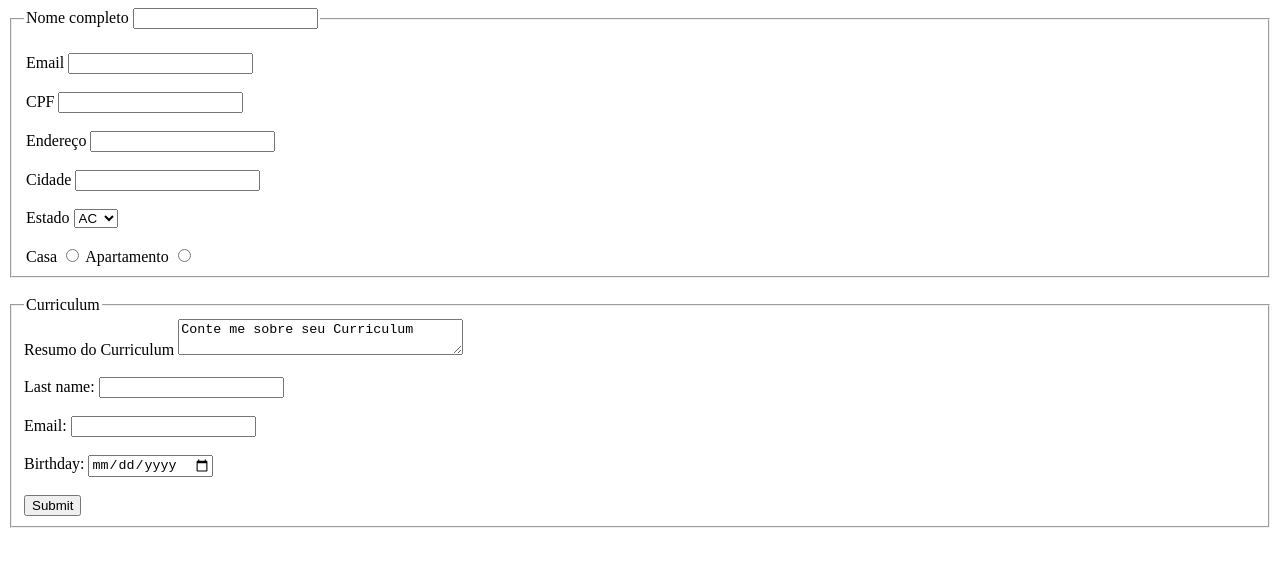
Repository: Parker9309/-trybe-exercises
Page: exercises/exercises-bloco6/html-e-css-forms-flexbox-e-responsivo_1/index.html
The author's editor kept a copy of each file at every save. The page is drawn from the files as they stood at one save, then again after the next save.
The browser window is 1280 px wide. The pictures show the whole page.

Above is the page before, as saved 2021-03-16 20:21:34.

### exercises/exercises-bloco6/html-e-css-forms-flexbox-e-responsivo_1/index.html
<!DOCTYPE html>
<html lang="pt-br">
<head>
  <meta charset="UTF-8">
  <meta http-equiv="X-UA-Compatible" content="IE=edge">
  <meta name="viewport" content="width=device-width, initial-scale=1.0">
  <title>Document</title>
</head>
<body>
  <form>
    <div id="forms">
    <fieldset>
      <legend>
        <label form="nome"> Nome completo
          <input type = "text" name="nome" id="nome" maxlength="40" required>
        </label>
      </legend>

  <br>

    <legend>
      <label form="mail"> Email
        <input type = "text" name="nome" id="mail" maxlength="50" required>
      </label>
    </legend>

  <br>

    <legend>
      <label form="cpf"> CPF
        <input type = "text" name="nome" id="cpf" maxlength="11" required>
      </label>
    </legend>

<br>

  <legend>
    <label form="nome"> Endereço
      <input type = "text" name="nome" id="endereço" maxlength="200" required>
    </label>
  </legend>

<br>

  <legend>
    <label form="nome"> Cidade
      <input type = "text" name="nome" id="city" maxlength="28" required>
    </label>
  </legend>

<br>

  <legend>
    <label form="nome"> Estado
      <select name="nome" id="estados" required>
    </label>
  </legend>

<br>

  <legend>
    <label form="nome"> Estado
      <select name="nome" id="estados" required>
    </label>
  </legend>

<br>

  <legend>
      <label form="nome">Casa</label>
      <input type="radio" name="nome" id="Moradia" required>
      <label form="nome">Apartamento</label>
      <input type="radio" name="nome" id="Moradia" required>
  </legend>
</fieldset>
<br>
<fieldset>
  <legend>Curriculum</legend>
  <label for="fname">Resumo do Curriculum</label>
  <textarea type="text" id="fname" name="fname" ows="5" cols="33">Conte me sobre seu Curriculum
   </textarea><br><br>
  <label for="lname">Last name:</label>
  <input type="text" id="lname" name="lname"><br><br>
  <label for="email">Email:</label>
  <input type="email" id="email" name="email"><br><br>
  <label for="birthday">Birthday:</label>
  <input type="date" id="birthday" name="birthday"><br><br>
  <input type="submit" value="Submit">
</fieldset>
</div>
</form>
<script src = "script.js"></script>
</body>
</html>

### exercises/exercises-bloco6/html-e-css-forms-flexbox-e-responsivo_1/script.js
let opcoes = document.getElementById('estados');
function criarOpcoes() {
  let estadosBr = ['AC', 'AL', 'AP','AM', 'BA','CE', 'DF',
  'ES', 'GO', 'MA', 'MT', 'MS', 'MG', 'PA', 'PB', 'PR','PE', 'PI', 'RJ', 'RN', 'RS', 'RO', 'RR', 'SC', 'SP', 'SE', 'TO'];
  for (let stateIndex = 0; stateIndex < estadosBr.length; stateIndex += 1) {
    let opcao = document.createElement('option');
    opcao.value = estadosBr[stateIndex].toLowerCase();
    opcao.id = 'estados';
    opcao.innerHTML = estadosBr[stateIndex];
    opcoes.appendChild(opcao);
  }
}
criarOpcoes()

After the next save:
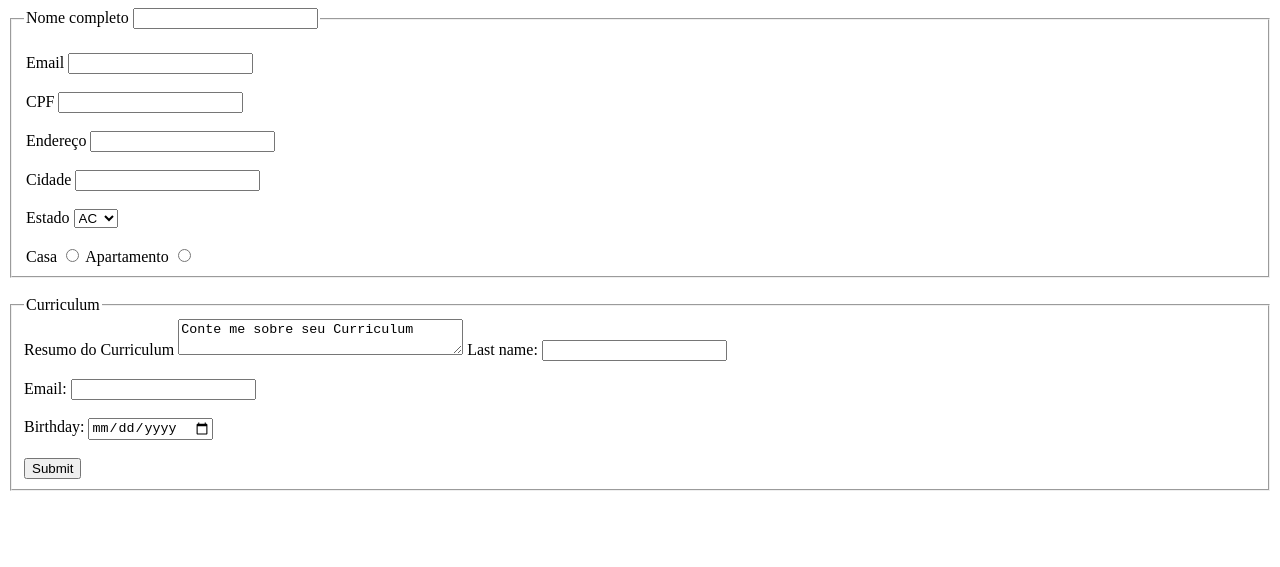
Saved 69 s later.
--- a/exercises/exercises-bloco6/html-e-css-forms-flexbox-e-responsivo_1/index.html
+++ b/exercises/exercises-bloco6/html-e-css-forms-flexbox-e-responsivo_1/index.html
@@ -78,7 +78,7 @@
   <legend>Curriculum</legend>
   <label for="fname">Resumo do Curriculum</label>
   <textarea type="text" id="fname" name="fname" ows="5" cols="33">Conte me sobre seu Curriculum
-   </textarea><br><br>
+   </textarea>
   <label for="lname">Last name:</label>
   <input type="text" id="lname" name="lname"><br><br>
   <label for="email">Email:</label>
